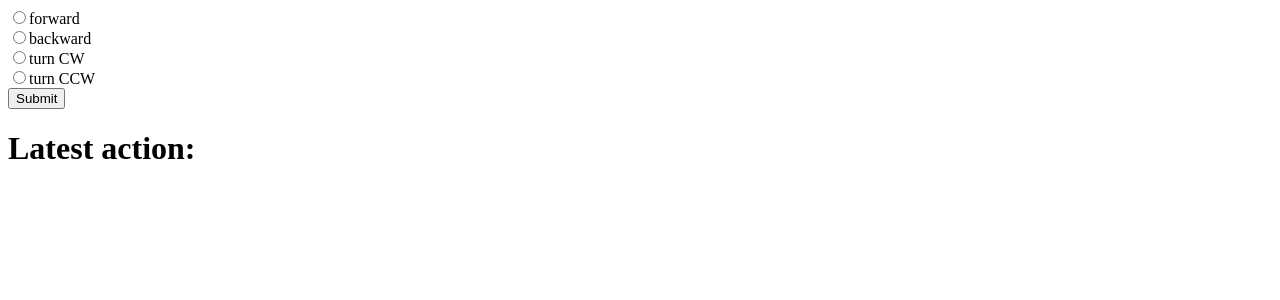
Repository: natinwave/cpeg498_venom
Page: spider_server/ex50/static/index.html
The author's editor kept a record of every edit. The page is drawn from the files as they stood at one moment, then again after the next edit.
The browser window is 1280 px wide. The pictures show the whole page.
The page's requests for data from a server got no answer.

Above is the page before.

After the next edit:
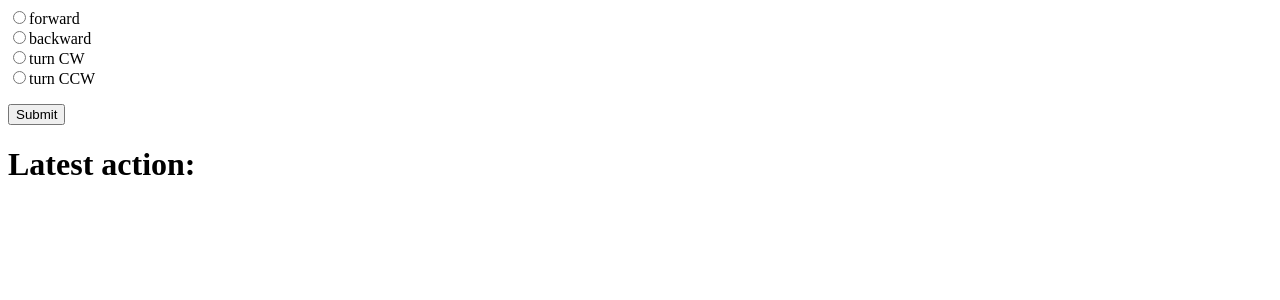
The edit:
--- a/spider_server/ex50/static/index.html
+++ b/spider_server/ex50/static/index.html
@@ -5,12 +5,12 @@
 	</head>
 	<body>
 		<form id="action_form">
-		  <input type="radio" name="action_form_radio_button" class="forward"/>forward<br/>
-		  <input type="radio" name="action_form_radio_button"/>backward<br/>
-		  <input type="radio" name="action_form_radio_button"/>turn CW<br/>
-		  <input type="radio" name="action_form_radio_button"/>turn CCW<br/>
-		  <button id="action_form_submit_button">Submit</button>
+		  <input type="radio" name="action_form_radio_button" value="forward"/>forward<br/>
+		  <input type="radio" name="action_form_radio_button" value="backward"/>backward<br/>
+		  <input type="radio" name="action_form_radio_button" value="turn CW"/>turn CW<br/>
+		  <input type="radio" name="action_form_radio_button" value="turn CCW"/>turn CCW<br/>
 		</form>
+		<button id="action_form_submit_button">Submit</button>
 
 		<h1>Latest action: <span id="latest_action"></span></h1>
 
